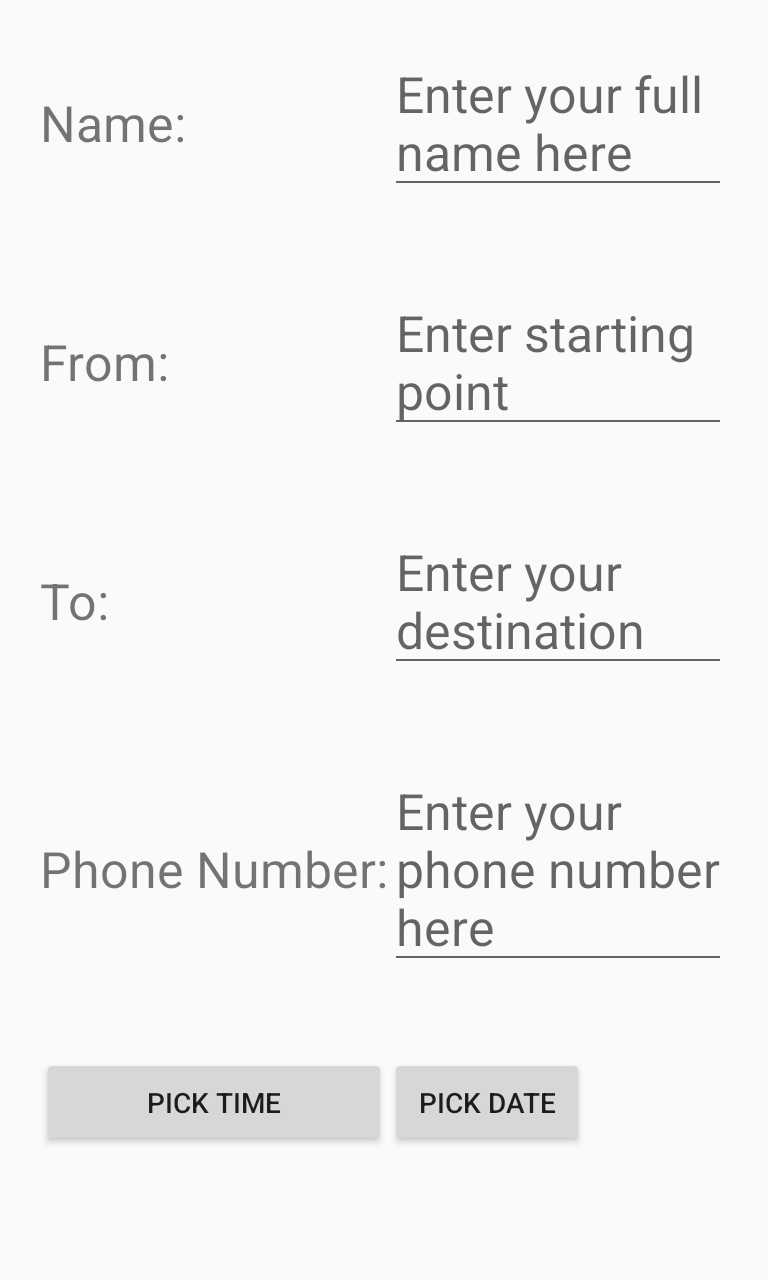
Repository: TewodrosT/LiLY
Layout: TransportationLily/res/layout/activity_main.xml
An editor plug-in stored every save of this project. The layout is shown before and after the next save, followed by the edit.
It is drawn on a 768 x 1280 px phone screen (xhdpi) without system bars, with theme AppTheme; the app's code is not run.

Above is the layout before, as saved 2014-08-06 12:31:52.

### TransportationLily/res/layout/activity_main.xml
<LinearLayout xmlns:android="http://schemas.android.com/apk/res/android"
    xmlns:tools="http://schemas.android.com/tools"
    android:layout_width="match_parent"
    android:layout_height="match_parent"
    android:orientation="vertical"
    tools:context="com.example.transportationlily.MainActivity" >

    <TableLayout
        android:layout_width="match_parent"
        android:layout_height="match_parent" >

        <TableRow
            android:layout_width="wrap_content"
            android:layout_height="wrap_content"
            android:layout_margin="20sp" >

            <TextView
                android:layout_width="wrap_content"
                android:layout_height="wrap_content"
                android:text="@string/senior_name"
                android:textSize="25sp" />

            <EditText
                android:id="@+id/to"
                android:layout_width="0dp"
                android:layout_height="wrap_content"
                android:layout_weight="1"
                android:hint="@string/typein_name"
                android:textSize="25sp" />
        </TableRow>

        <TableRow
            android:layout_width="wrap_content"
            android:layout_height="wrap_content"
            android:layout_margin="20sp" >

            <TextView
                android:layout_width="wrap_content"
                android:layout_height="wrap_content"
                android:text="@string/starting_point"
                android:textSize="25sp" />

            <EditText
                android:id="@+id/from"
                android:layout_width="0dp"
                android:layout_height="wrap_content"
                android:layout_weight="1"
                android:hint="@string/starting_location"
                android:textSize="25sp" />
        </TableRow>

        <TableRow
            android:layout_width="wrap_content"
            android:layout_height="wrap_content"
            android:layout_margin="20sp" >

            <TextView
                android:layout_width="wrap_content"
                android:layout_height="wrap_content"
                android:text="@string/destination_point"
                android:textSize="25sp" />

            <EditText
                android:layout_width="0dp"
                android:layout_height="wrap_content"
                android:layout_weight="1"
                android:hint="@string/ending_location"
                android:textSize="25sp" />
        </TableRow>

        <TableRow
            android:layout_width="wrap_content"
            android:layout_height="wrap_content"
            android:layout_margin="20sp" >

            <TextView
                android:layout_width="wrap_content"
                android:layout_height="wrap_content"
                android:text="@string/contact_info"
                android:textSize="25sp" />

            <EditText
                android:layout_width="0dp"
                android:layout_height="wrap_content"
                android:layout_weight="1"
                android:hint="@string/phone_number"
                android:textSize="25sp" />
        </TableRow>

        <TableRow
            android:layout_width="wrap_content"
            android:layout_height="wrap_content"
            android:layout_margin="20sp" >

            <Button
                android:layout_width="wrap_content"
                android:layout_height="wrap_content"
                android:onClick="showTimePickerDialog"
                android:text="@string/pick_time" />

            <Button
                android:layout_width="wrap_content"
                android:layout_height="wrap_content"
                android:onClick="showDatePickerDialog"
                android:text="@string/pick_date" />
        </TableRow>

        <TableRow
            android:layout_width="wrap_content"
            android:layout_height="wrap_content"
            android:layout_margin="20sp"
            android:gravity="center_horizontal" >

            <Button
                android:layout_width="wrap_content"
                android:layout_height="wrap_content"
                android:onClick="sendMessage"
                android:text="@string/button_askride" />

            <Button
                android:layout_width="wrap_content"
                android:layout_height="wrap_content"
                android:onClick="sendMessage"
                android:text="@string/button_offerride" />
        </TableRow>
    </TableLayout>

</LinearLayout>

### TransportationLily/res/values/strings.xml
<?xml version="1.0" encoding="utf-8"?>
<resources>

    <string name="app_name">TransportationLily</string>
    <string name="hello_world">Hello world!</string>
    <string name="action_settings">Settings</string>
    <string name= "starting_point">From: </string>
    <string name="starting_location">Enter starting point</string>
    <string name= "destination_point">To: </string>
    <string name="ending_location">Enter your destination</string>
    <string name= "senior_name"> Name: </string>
    <string name= "typein_name"> Enter your full name here</string>
    <string name= "contact_info"> Phone Number: </string>
    <string name= "phone_number"> Enter your phone number here</string>
    <string name = "button_askride"> Ask for ride</string>
    <string name = "button_offerride"> Offer ride</string>
    <string name = "pick_time"> Pick time </string>
    <string name = "pick_date"> Pick date </string>
</resources>

Loaded but not shown: TransportationLily/res/values/styles.xml (common file); TransportationLily/res/values-v11/styles.xml (common file); TransportationLily/res/values-v14/styles.xml (common file)

After the next save:
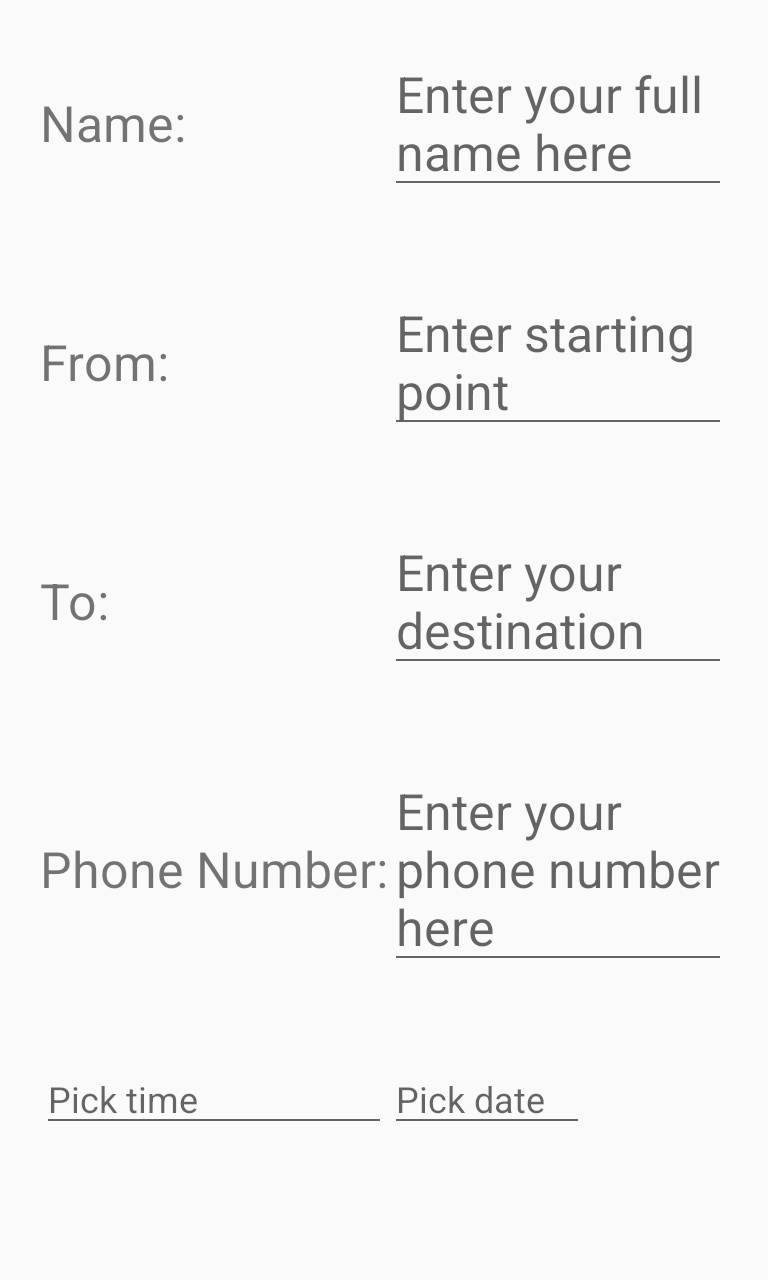
Saved 2 min 24 s later.
--- a/TransportationLily/res/layout/activity_main.xml
+++ b/TransportationLily/res/layout/activity_main.xml
@@ -92,17 +92,17 @@
             android:layout_height="wrap_content"
             android:layout_margin="20sp" >
 
-            <Button
+            <EditText
                 android:layout_width="wrap_content"
                 android:layout_height="wrap_content"
                 android:onClick="showTimePickerDialog"
-                android:text="@string/pick_time" />
+                android:hint="@string/pick_time" />
 
-            <Button
+            <EditText
                 android:layout_width="wrap_content"
                 android:layout_height="wrap_content"
                 android:onClick="showDatePickerDialog"
-                android:text="@string/pick_date" />
+                android:hint="@string/pick_date" />
         </TableRow>
 
         <TableRow

After the save that followed:
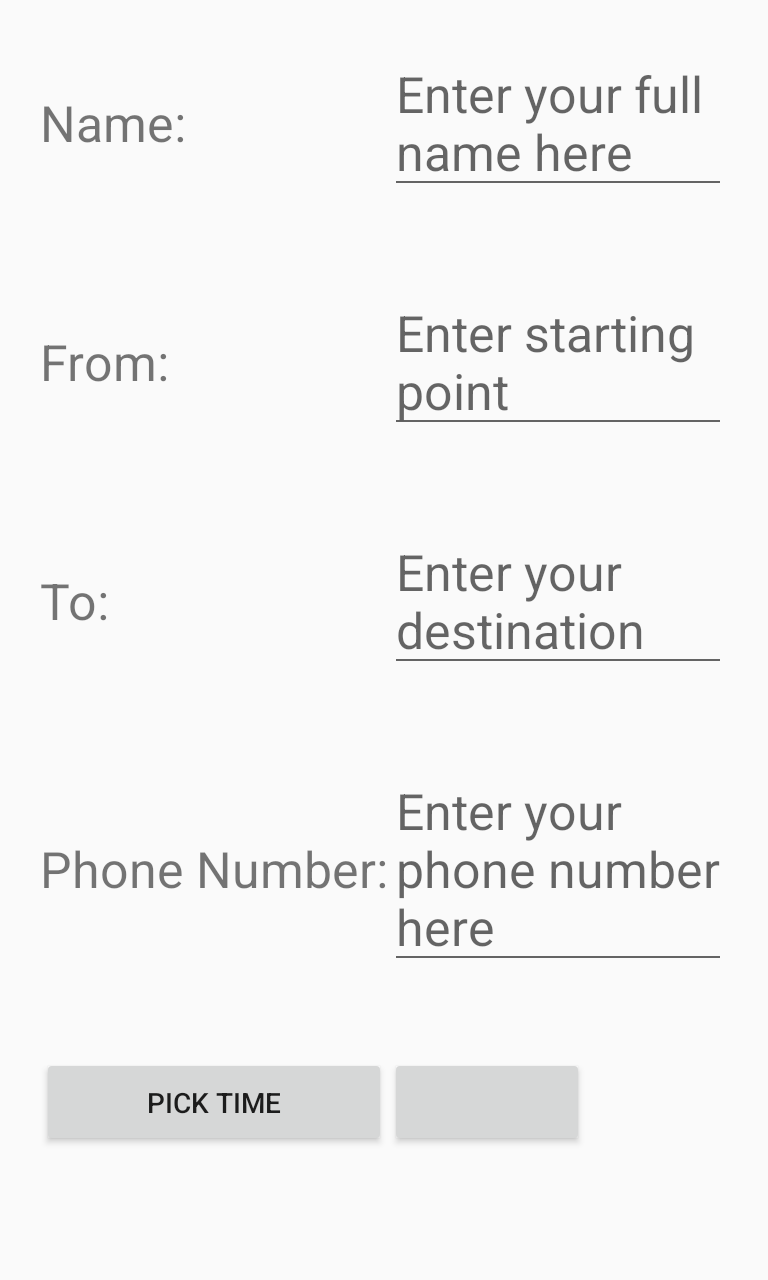
Saved 4 min 16 s later.
--- a/TransportationLily/res/layout/activity_main.xml
+++ b/TransportationLily/res/layout/activity_main.xml
@@ -90,19 +90,20 @@
         <TableRow
             android:layout_width="wrap_content"
             android:layout_height="wrap_content"
-            android:layout_margin="20sp" >
+            android:layout_margin="20sp"
+            android:layout_gravity="center_horizontal" >
 
-            <EditText
+            <Button
                 android:layout_width="wrap_content"
                 android:layout_height="wrap_content"
                 android:onClick="showTimePickerDialog"
-                android:hint="@string/pick_time" />
+                android:text="@string/pick_time" />
 
-            <EditText
+            <Button
                 android:layout_width="wrap_content"
                 android:layout_height="wrap_content"
                 android:onClick="showDatePickerDialog"
-                android:hint="@string/pick_date" />
+                android:test="@string/pick_date" />
         </TableRow>
 
         <TableRow
